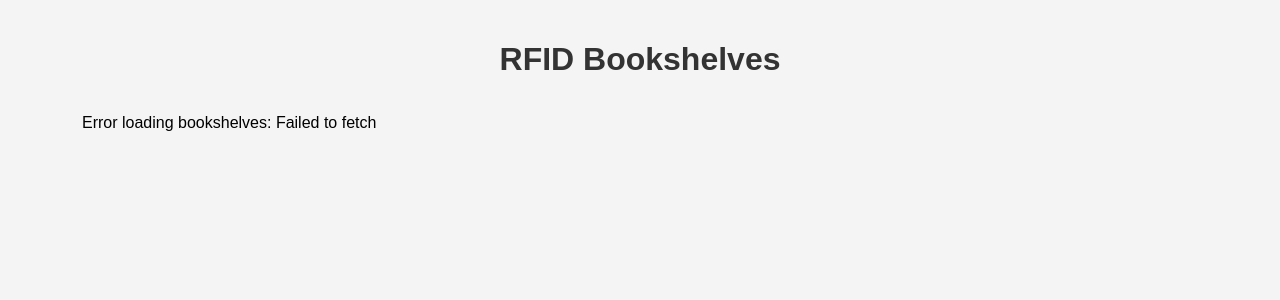
Repository: grebail/Comp-FYP
Page: public/rfid_status.html
An editor plug-in stored every save of this project. The page is shown before and after a run of saves, followed by the edit.
The browser window is 1280 px wide. The pictures show the whole page.
The page's requests for data from a server got no answer.

Above is the page before, as saved 2025-03-24 16:11:39.

### public/rfid_status.html
<!DOCTYPE html>
<html lang="en">
<head>
    <meta charset="UTF-8">
    <meta name="viewport" content="width=device-width, initial-scale=1.0">
    <title>RFID Bookshelves</title>
    <style>
        body {
            font-family: Arial, sans-serif;
            margin: 0;
            padding: 20px;
            background-color: #f4f4f4;
            display: flex;
            flex-direction: column;
            align-items: center;
        }
        h1 {
            color: #333;
            margin-bottom: 20px;
        }
        .bookshelves-container {
            width: 90%;
            max-width: 1200px;
        }
        .bookshelf {
            background-color: #8B4513;
            padding: 20px;
            border-radius: 10px;
            box-shadow: 0 4px 10px rgba(0,0,0,0.3);
            margin-bottom: 30px;
            cursor: pointer;
            transition: transform 0.2s;
        }
        .bookshelf:hover {
            transform: scale(1.02);
        }
        .shelf-header {
            display: flex;
            justify-content: space-between;
            align-items: center;
            color: white;
            margin-bottom: 10px;
        }
        .shelf-header h2 {
            margin: 0;
            font-size: 20px;
        }
        .status {
            font-size: 14px;
            padding: 5px 10px;
            border-radius: 3px;
        }
        .status-active { background-color: #28a745; }
        .status-inactive { background-color: #6c757d; }
        .status-error { background-color: #dc3545; }
        .shelf-placeholder {
            height: 120px;
            background-color: #A0522D;
            border-radius: 5px;
            display: flex;
            align-items: center;
            justify-content: center;
            color: white;
            font-size: 18px;
            text-align: center;
        }
        .book-display {
            display: none;
            position: fixed;
            top: 0;
            left: 0;
            width: 100%;
            height: 100%;
            background-color: rgba(0,0,0,0.85);
            z-index: 1000;
            align-items: center;
            justify-content: center;
        }
        .book-container {
            display: flex;
            align-items: center;
            justify-content: center;
            width: 90%;
            max-width: 1200px;
        }
        .book-large {
            background-color: #FFD700;
            color: #333;
            padding: 25px;
            width: 450px;
            border-radius: 10px;
            box-shadow: 0 8px 20px rgba(0,0,0,0.6);
            text-align: center;
        }
        .book-large .book-title {
            font-weight: bold;
            font-size: 26px;
            margin-bottom: 15px;
            line-height: 1.2;
        }
        .book-large .book-detail {
            font-size: 16px;
            margin: 8px 0;
        }
        .book-large .book-author { font-style: italic; }
        .book-large .book-timestamp { font-size: 12px; color: #777; margin-top: 15px; }
        .book-side {
            background-color: #FFD700;
            color: #333;
            padding: 10px;
            width: 160px;
            border-radius: 5px;
            box-shadow: 0 4px 10px rgba(0,0,0,0.3);
            text-align: center;
            margin: 0 25px;
            opacity: 0.85;
            cursor: pointer;
            transition: opacity 0.2s;
        }
        .book-side:hover {
            opacity: 1;
        }
        .book-side .book-title {
            font-weight: bold;
            font-size: 14px;
            margin-bottom: 5px;
            white-space: nowrap;
            overflow: hidden;
            text-overflow: ellipsis;
        }
        .book-side .book-detail {
            font-size: 10px;
            margin: 2px 0;
        }
        .nav-button {
            background-color: #8B4513;
            color: white;
            border: none;
            padding: 15px;
            font-size: 20px;
            border-radius: 50%;
            cursor: pointer;
            margin: 0 25px;
            transition: background-color 0.2s;
        }
        .nav-button:hover:not(:disabled) {
            background-color: #A0522D;
        }
        .nav-button:disabled {
            background-color: #6c757d;
            cursor: not-allowed;
        }
    </style>
</head>
<body>
    <h1>RFID Bookshelves</h1>
    <div class="bookshelves-container" id="bookshelves">
        <!-- Bookshelves will be populated here -->
    </div>
    <div class="book-display" id="bookDisplay">
        <div class="book-container" id="bookContainer">
            <!-- Book details will be populated here -->
        </div>
    </div>

    <script>
        let currentReaders = [];
        let currentPort = null;
        let currentIndex = 0;
        let intervalId = null;

        async function fetchBookshelfData() {
            try {
                const response = await fetch('http://localhost:10000/api/rfid-readers');
                if (!response.ok) {
                    throw new Error(`HTTP error! Status: ${response.status} - ${response.statusText}`);
                }
                currentReaders = (await response.json()).filter(reader => reader.type === 'shelf');
                updateBookshelves(currentReaders);
                if (currentPort) {
                    const reader = currentReaders.find(r => r.port === currentPort);
                    if (reader) {
                        updateBookContainer(reader.epcs);
                    }
                }
            } catch (error) {
                console.error('Error fetching bookshelf data:', error.message);
                document.getElementById('bookshelves').innerHTML = `<p>Error loading bookshelves: ${error.message}</p>`;
            }
        }

        function updateBookshelves(readers) {
            const bookshelvesContainer = document.getElementById('bookshelves');
            bookshelvesContainer.innerHTML = ''; // Clear existing bookshelves

            readers.forEach(reader => {
                const bookshelf = document.createElement('div');
                bookshelf.className = 'bookshelf';
                bookshelf.innerHTML = `
                    <div class="shelf-header">
                        <h2>Shelf Port ${reader.port} (${reader.clients} clients)</h2>
                        <span class="status status-${reader.status}">${reader.status.charAt(0).toUpperCase() + reader.status.slice(1)}</span>
                    </div>
                    <div class="shelf-placeholder">Bookshelf (${reader.epcs.length} books detected)</div>
                `;
                bookshelf.addEventListener('click', () => showBookDisplay(reader.port));
                bookshelvesContainer.appendChild(bookshelf);
            });
        }

        function showBookDisplay(port) {
            const reader = currentReaders.find(r => r.port === port);
            if (!reader || reader.epcs.length === 0) {
                alert('No books detected on this shelf.');
                return;
            }

            currentPort = port;
            currentIndex = 0;
            const bookDisplay = document.getElementById('bookDisplay');
            bookDisplay.style.display = 'flex';
            updateBookContainer(reader.epcs);

            // Close display when clicking outside
            bookDisplay.onclick = (e) => {
                if (e.target === bookDisplay) {
                    bookDisplay.style.display = 'none';
                    currentPort = null;
                }
            };
        }

        function updateBookContainer(epcs) {
            const bookContainer = document.getElementById('bookContainer');
            bookContainer.innerHTML = '';

            if (epcs.length === 0) {
                bookContainer.innerHTML = '<p>No books detected.</p>';
                return;
            }

            // Adjust currentIndex if it exceeds new length
            if (currentIndex >= epcs.length) {
                currentIndex = epcs.length - 1;
            }

            // Left Button
            const leftButton = document.createElement('button');
            leftButton.className = 'nav-button';
            leftButton.textContent = '<';
            leftButton.disabled = currentIndex === 0;
            leftButton.addEventListener('click', () => {
                if (currentIndex > 0) {
                    currentIndex--;
                    updateBookContainer(epcs);
                }
            });
            bookContainer.appendChild(leftButton);

            // Left Side Book (if available)
            if (currentIndex > 0) {
                const leftBook = createSideBook(epcs[currentIndex - 1]);
                bookContainer.appendChild(leftBook);
            }

            // Center Large Book
            const largeBook = document.createElement('div');
            largeBook.className = 'book-large';
            const centerEpc = epcs[currentIndex];
            largeBook.innerHTML = `
                <div class="book-title">${centerEpc.title}</div>
                <div class="book-detail book-author">Author: ${centerEpc.author}</div>
                <div class="book-detail">Status: ${centerEpc.status}</div>
                <div class="book-detail">ISBN: ${centerEpc.industryIdentifier}</div>
                <div class="book-detail">EPC: ${centerEpc.epc}</div>
                <div class="book-timestamp">Last Updated: ${centerEpc.timestamp ? new Date(centerEpc.timestamp).toLocaleString() : 'N/A'}</div>
            `;
            bookContainer.appendChild(largeBook);

            // Right Side Book (if available)
            if (currentIndex < epcs.length - 1) {
                const rightBook = createSideBook(epcs[currentIndex + 1]);
                bookContainer.appendChild(rightBook);
            }

            // Right Button
            const rightButton = document.createElement('button');
            rightButton.className = 'nav-button';
            rightButton.textContent = '>';
            rightButton.disabled = currentIndex === epcs.length - 1;
            rightButton.addEventListener('click', () => {
                if (currentIndex < epcs.length - 1) {
                    currentIndex++;
                    updateBookContainer(epcs);
                }
            });
            bookContainer.appendChild(rightButton);
        }

        function createSideBook(epcData) {
            const sideBook = document.createElement('div');
            sideBook.className = 'book-side';
            sideBook.innerHTML = `
                <div class="book-title">${epcData.title}</div>
                <div class="book-detail book-author">Author: ${epcData.author}</div>
                <div class="book-detail">Status: ${epcData.status}</div>
            `;
            sideBook.addEventListener('click', () => {
                currentIndex = currentReaders.find(r => r.port === currentPort).epcs.findIndex(e => e.epc === epcData.epc);
                updateBookContainer(currentReaders.find(r => r.port === currentPort).epcs);
            });
            return sideBook;
        }

        // Fetch data initially and then every 2 seconds
        fetchBookshelfData();
        intervalId = setInterval(fetchBookshelfData, 2000);

        // Clean up interval when page is closed
        window.addEventListener('unload', () => {
            if (intervalId) {
                clearInterval(intervalId);
            }
        });
    </script>
</body>
</html>

After the next 4 saves:
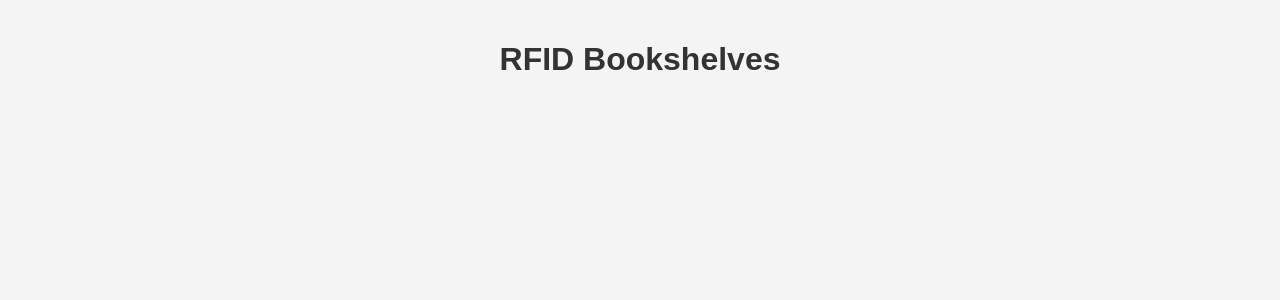
Console error: SyntaxError: Invalid or unexpected token
The 4 saves are shown as one change because they came seconds apart.
The last was saved 14 s later.
--- a/public/rfid_status.html
+++ b/public/rfid_status.html
@@ -171,7 +171,8 @@
 
         async function fetchBookshelfData() {
             try {
-                const response = await fetch('http://localhost:10000/api/rfid-readers');
+                const response = await fetch('zsh: no matches found: /Users/kwanyukchiu/demo1/*
+/api/rfid-readers');
                 if (!response.ok) {
                     throw new Error(`HTTP error! Status: ${response.status} - ${response.statusText}`);
                 }

After the save that followed:
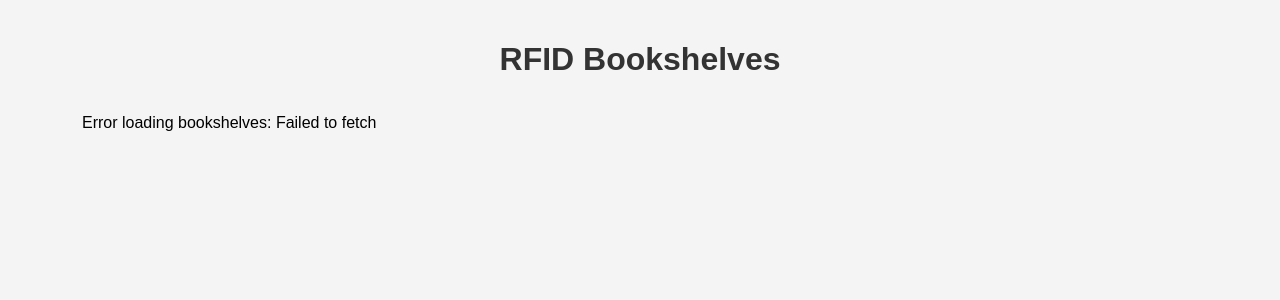
The error is gone.
Saved 5 s later.
--- a/public/rfid_status.html
+++ b/public/rfid_status.html
@@ -171,8 +171,7 @@
 
         async function fetchBookshelfData() {
             try {
-                const response = await fetch('zsh: no matches found: /Users/kwanyukchiu/demo1/*
-/api/rfid-readers');
+                const response = await fetch('http://localhost:10000/api/rfid-readers');
                 if (!response.ok) {
                     throw new Error(`HTTP error! Status: ${response.status} - ${response.statusText}`);
                 }
